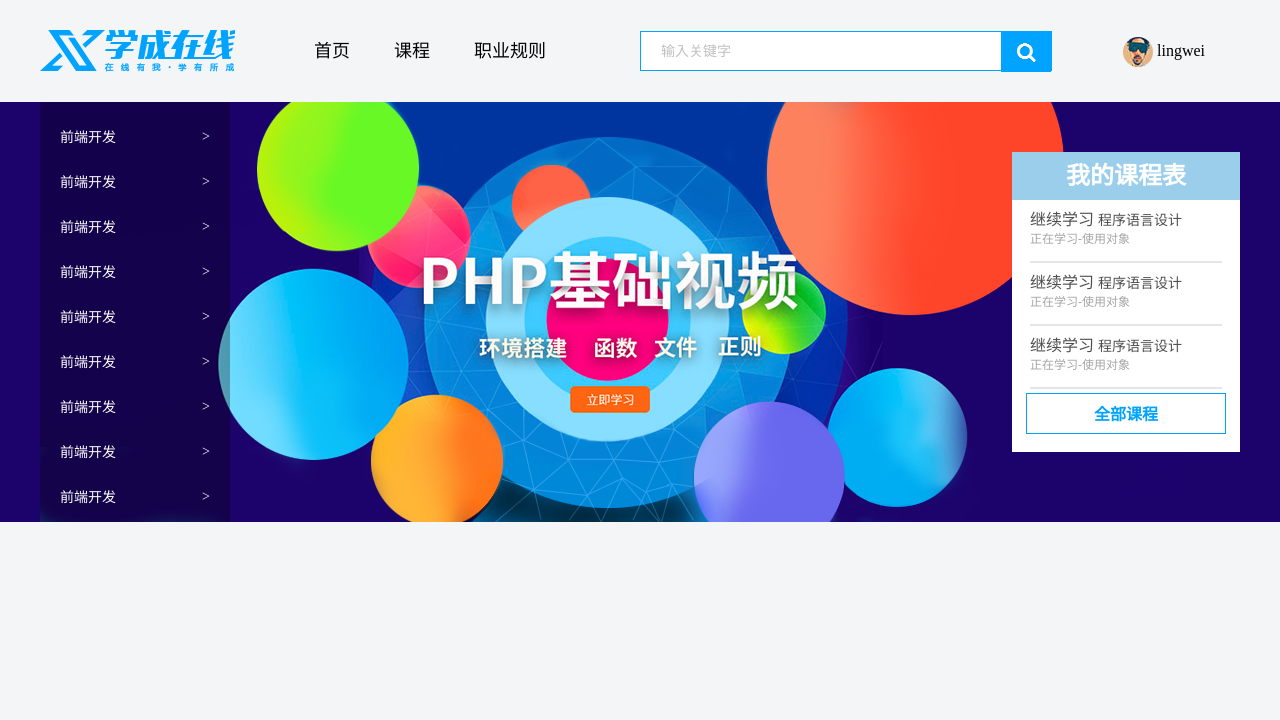
Repository: DengBiHua/xcdx
Page: index.html
An editor plug-in stored every save of this project. The page is shown before and after the next save, followed by the edit.
The browser window is 1280 px wide. The pictures show the whole page.

Above is the page before, as saved 2022-04-14 17:50:59.

After the next save:
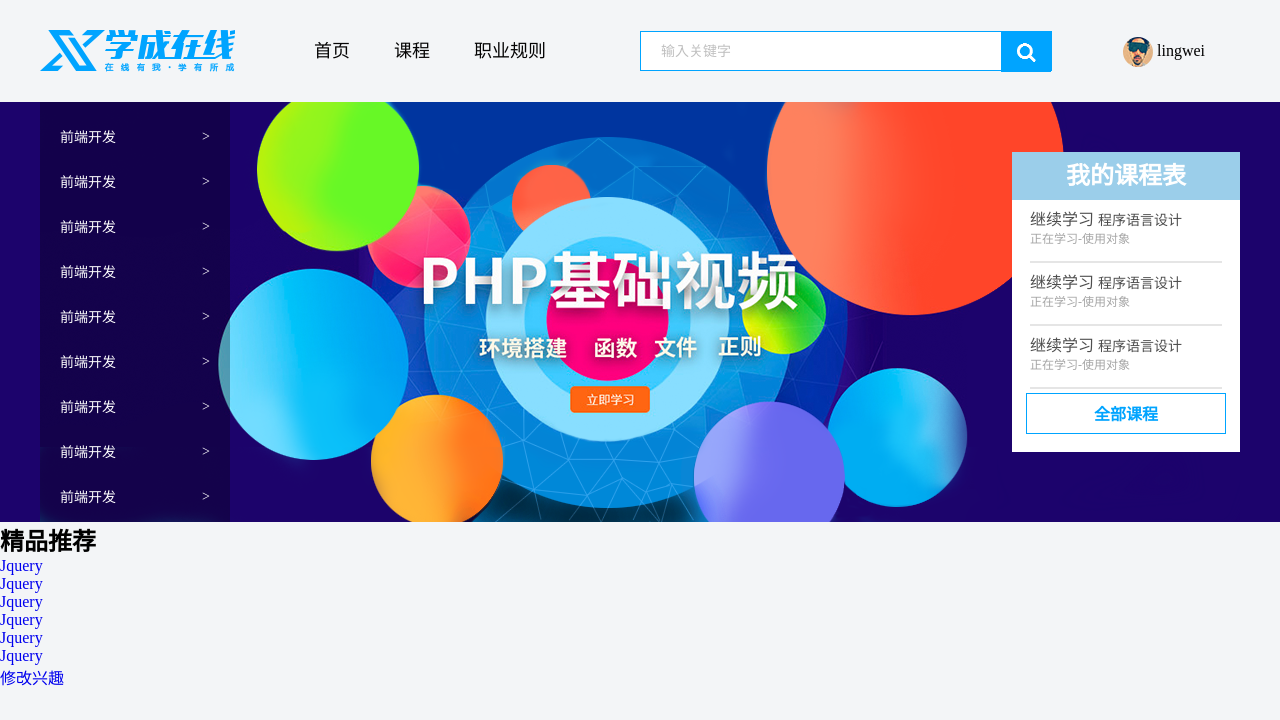
Saved 5 h 19 min later.
--- a/index.html
+++ b/index.html
@@ -78,5 +78,17 @@
             </div>
         </div>
     </div>
+    <div class="recommend">
+        <h2>精品推荐</h2>
+        <ul>
+            <li><a href="#">Jquery</a></li>
+            <li><a href="#">Jquery</a></li>
+            <li><a href="#">Jquery</a></li>
+            <li><a href="#">Jquery</a></li>
+            <li><a href="#">Jquery</a></li>
+            <li><a href="#">Jquery</a></li>
+        </ul>
+        <a href="#">修改兴趣</a>
+    </div>
 </body>
 </html>
